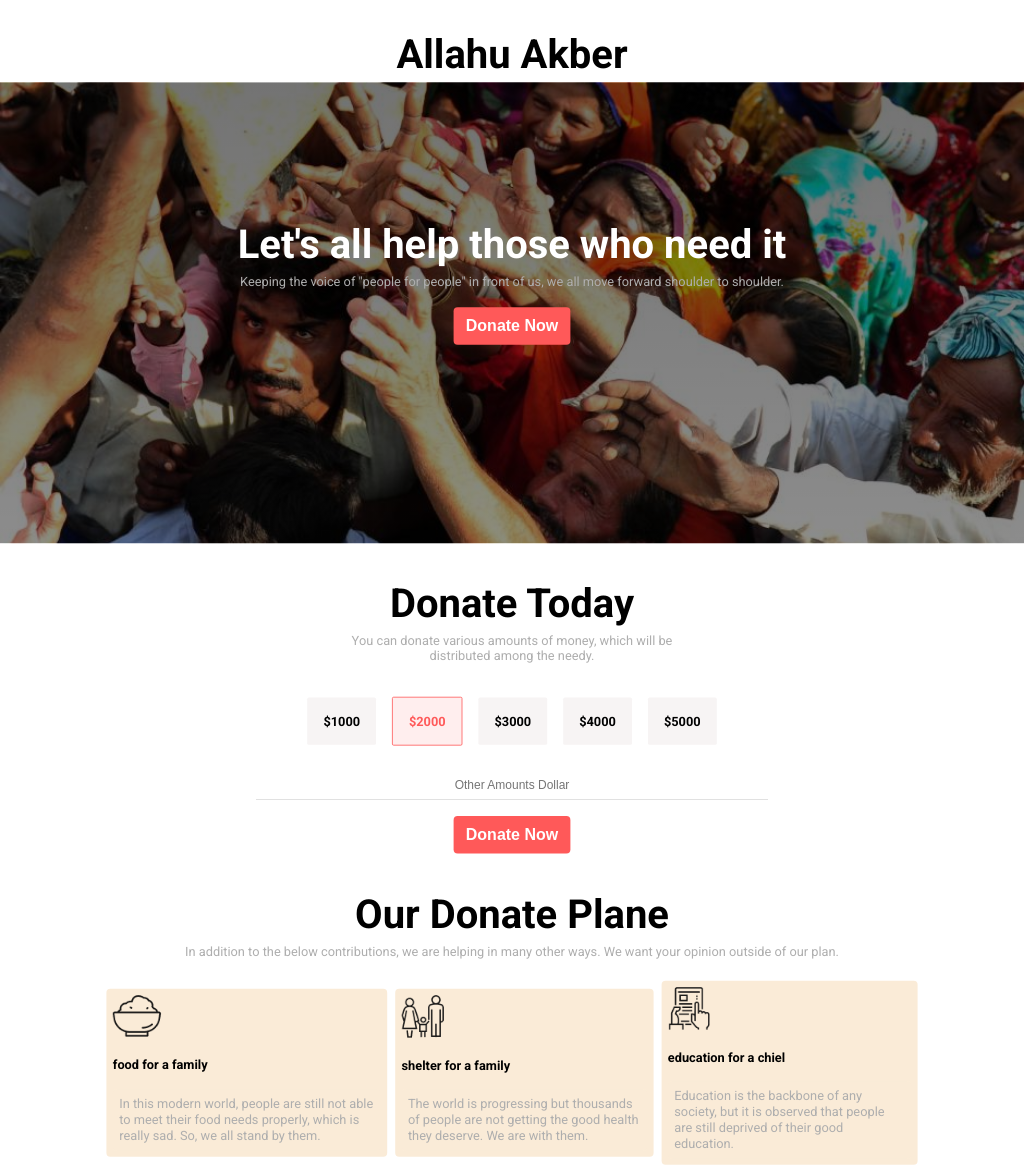
Repository: zjria/suppert-the-helpness
Page: index.html
These files come from the project's save history. The page is drawn as it stood at one moment and after the next save; the edit follows.
The browser window is 1280 px wide. The pictures show the whole page, at 80% of full size.

Above is the page before, as saved 2022-08-26 11:03:24.

After the next save:
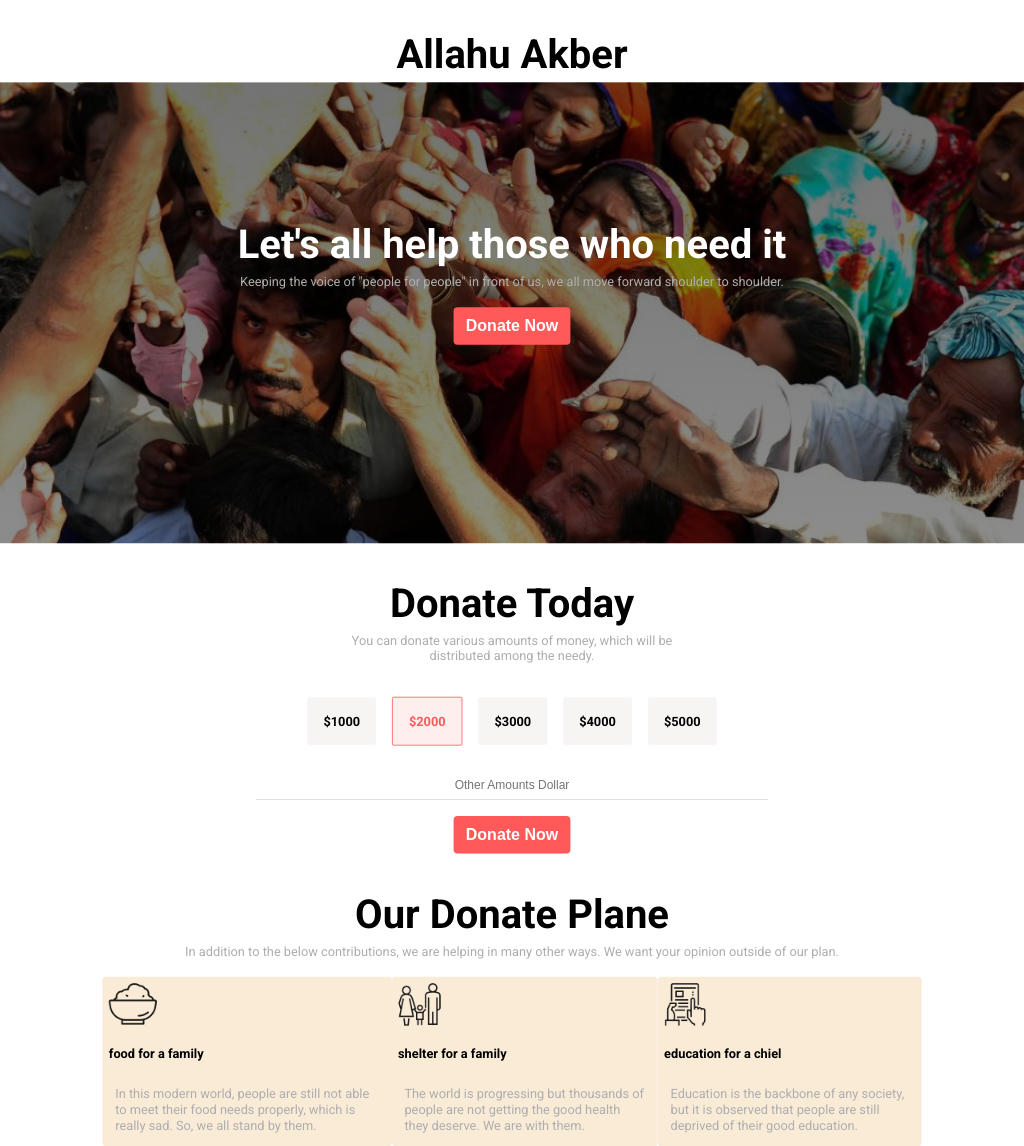
Saved 22 s later.
--- a/style.css
+++ b/style.css
@@ -128,3 +128,8 @@ p {
     margin: 0px;
     line-height: 20px;
 }
+
+.plane#plane-one {
+    margin: 0px;
+    line-height: 20px;
+}
